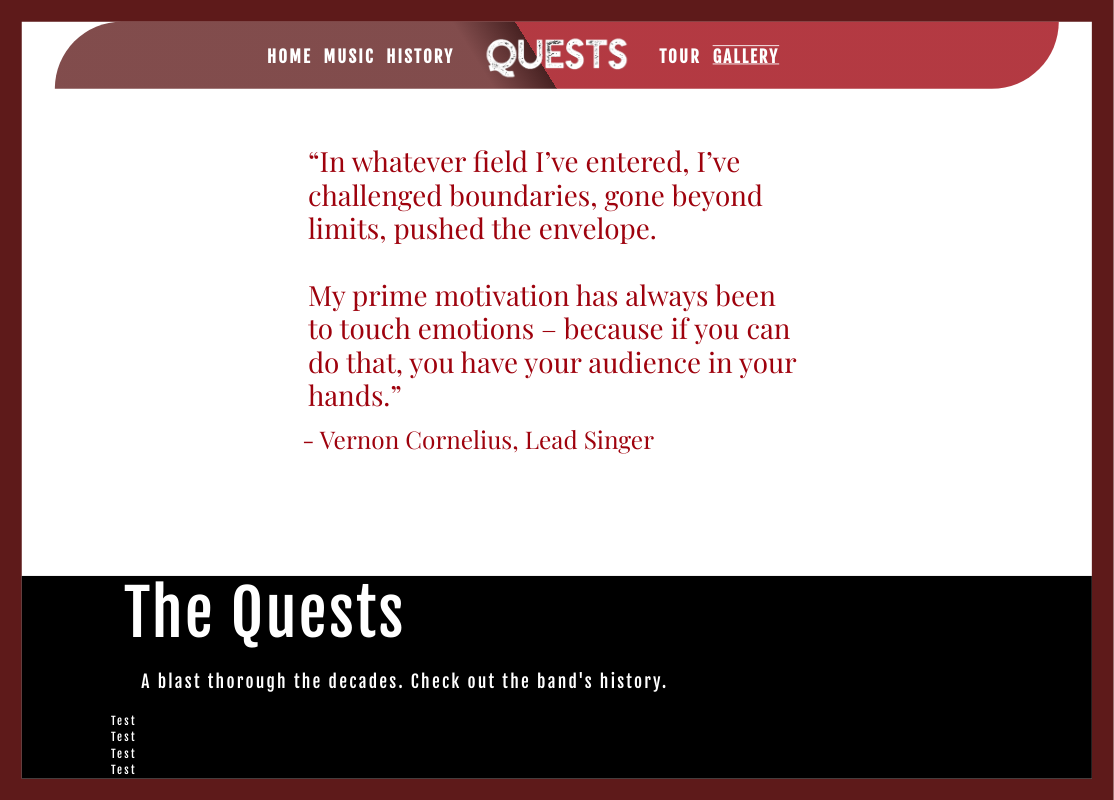
Repository: SamLookingGlass/User-Centric-Frontend-Development-Project
Page: gallery.html
The author's editor kept a record of every edit. The page is drawn from the files as they stood at one moment, then again after the next edit.
The browser window is 1280 px wide. The pictures show the whole page, at 87% of full size.
Some web libraries are served in a nearby version.

Above is the page before.

After the next edit:
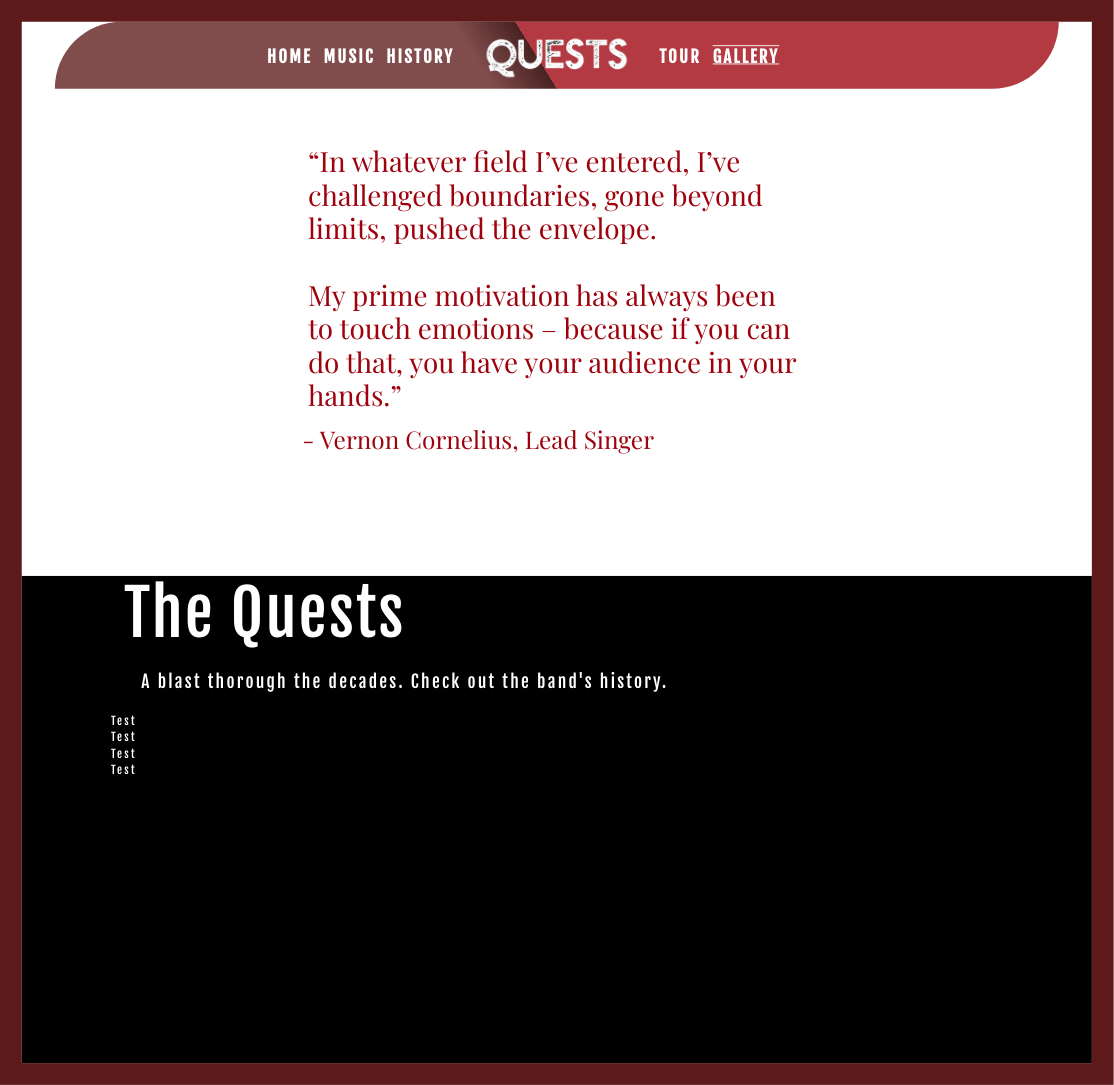
The edit:
--- a/gallery.html
+++ b/gallery.html
@@ -73,7 +73,7 @@
             </div>
         </div>
     </section>
-    <section style="background-color:black">
+    <section style="background-color:black; height:420pt">
         <div class="container-fluid fontnew">
             <div class="row d-flex">
                 <div class="col-1"></div>
